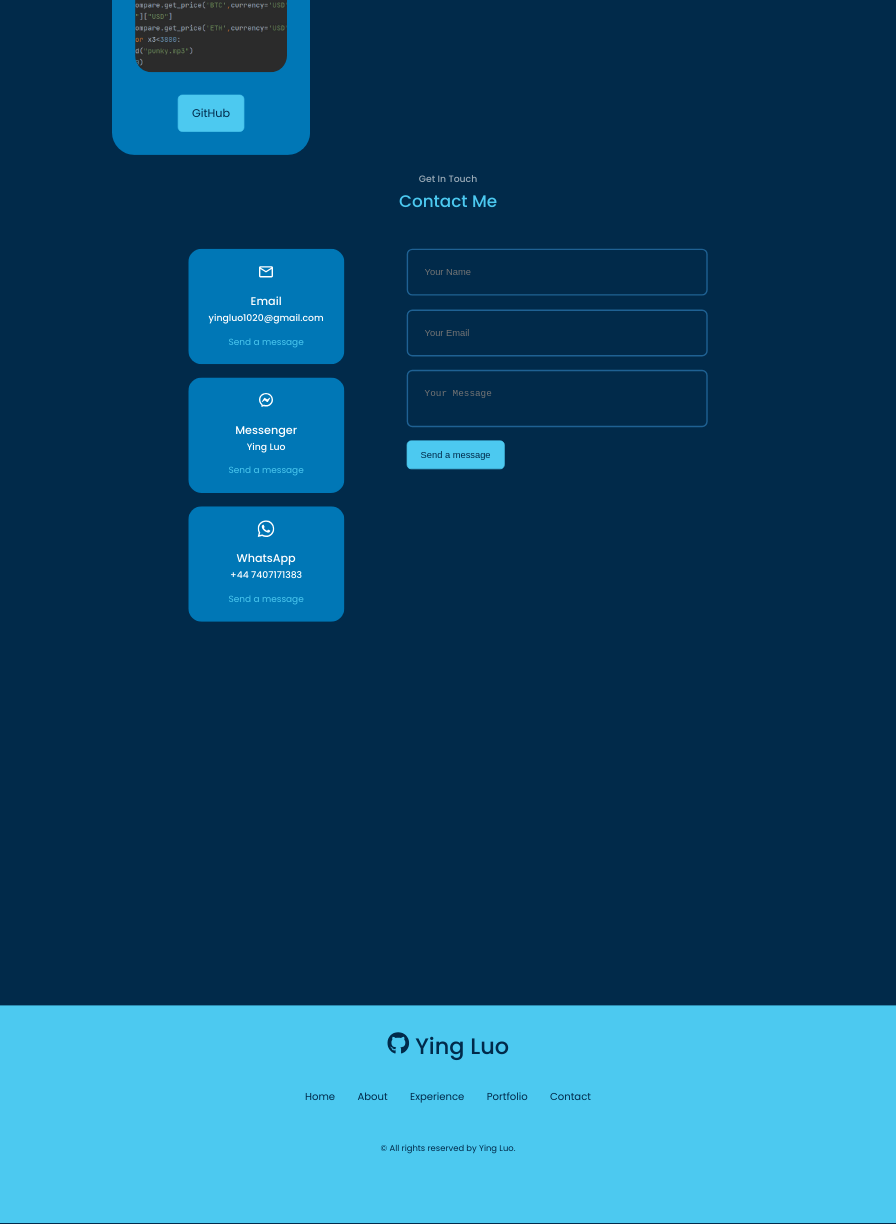
Repository: yingluo1020/react-portfolio-website
Page: /
The author's editor kept a copy of each file at every save. The page is drawn from the files as they stood at one save, then again after the next save.
The browser window is 1280 px wide. The pictures show the part of the page from y = 3715 to 5635 px (the page is 5463 px tall before and 5823 px after), at 70% of full size.
The project was rebuilt for these pictures with package versions that can differ from the ones it lists, and the page was loaded fresh each time. Imported but missing from the stored project, and not drawn on this page: src/assets/YingLuo_resume.pdf.

Above is the page before, as saved 2022-03-16 16:29:23.

### src/index.css
@import url('https://fonts.googleapis.com/css2?family=Poppins:wght@300;400;500;600&display=swap');

* {
 margin: 0;
 padding: 0;
 border: 0;
 outline: 0;
 box-sizing: border-box;
 list-style: none;
 text-decoration: none;
}

:root {
    --color-bg:#012a4a;
    --color-bg-variant:#0077b6;
    --color-primary:#4cc9f0;
    --color-primary-variant:rgba(77,181,255,0.4);
    --color-white:#fff;
    --color-light:rgba(255,255,255,0.6);

    --transition:all 400ms ease;

    --container-width-lg:75%;
    --container-width-md:86%;
    --container-width-sm:90%;
}

html {
    scroll-behavior:smooth;
}

::-webkit-scrollbar {
    display: none;
}

body {
    font-family: 'Poppins', sans-serif;
    background: var(--color-bg);
    color:var(--color-white);
    line-height:1.7;
}

/* general styles */
.container {
    width:var(--container-width-lg);
    margin: 0 auto;
}

h1,
h2,
h3,
h4,
h5 {
    font-weight: 500;
}

h1 {
    font-size: 2.5rem;
}

section {
    /* margin-bottom: 5rem; */
    min-height: 150vh;
}

section > h2, section > h5 {
    text-align: center;
    color: var(--color-light);
}

section > h2 {
    color: var(--color-primary);
    margin-bottom: 3rem;
}

.text-light {
    color: var(--color-light);
}

a {
    color: var(--color-primary);
    transition: var(--transition);
}

a:hover {
    color: var(--color-white);
}

.btn {
    width: max-content;
    display: inline-block;
    color: var(--color-primary);
    padding: 0.75rem 1.2rem;
    border-radius:0.4rem;
    cursor: pointer;
    border: 1px solid var(--color-primary);
    transition: var(--transition);
}

.btn:hover{
    background: var(--color-white);
    color: var(--color-bg);
    border-color: transparent;
}

.btn-primary {
    background: var(--color-primary);
    color: var(--color-bg);
}

img{
    display: block;
    width: 100%;
    object-fit: cover;
}

/* media queries(medium devices)*/
@media screen and (max-width:1024px) {
    .container {
        width: var(--container-width-sm);
    }

    section> h2 {
        margin-bottom: 2rem;
    }
}

### src/components/header/Header.js
import React from 'react'
import './header.css';
import CV from '../../assets/YingLuo_resume.pdf'


function Header() {
    return (
        <header>
            <div className="container header_container">
                <h5>Hello, I'm</h5>
                <h1>Ying Luo</h1>
                <h5 className="text-light">Front-end Developer</h5>

                <div className='cta'>
                    <a href={CV} download className='btn'>Download My CV</a>
                    <a href="#contact" className='btn btn-primary'>Contact me</a>
                </div>
            </div>
        </header>
    )
}

export default Header

### src/components/nav/Nav.js
import React, { useState } from 'react'
import './nav.css'
import { AiOutlineHome, } from 'react-icons/ai'
import { AiOutlineUser } from 'react-icons/ai'
import { BiBook } from 'react-icons/bi'
import { AiOutlineFundProjectionScreen } from 'react-icons/ai'
import { BiMessageSquareDetail } from 'react-icons/bi'


function Nav() {
    const [activeNav, setActiveNav] = useState('#')
    return (
        <nav>
            <a href="#" onClick={() => setActiveNav('#')} className={activeNav === '#' ? 'active' : ''}><AiOutlineHome /></a>
            <a href="#about" onClick={() => setActiveNav('#about')} className={activeNav === '#about' ? 'active' : ''}><AiOutlineUser /></a>
            <a href="#experience" onClick={() => setActiveNav('#experience')} className={activeNav === '#experience' ? 'active' : ''}><BiBook /></a>
            <a href="#portfolio" onClick={() => setActiveNav('#services')} className={activeNav === '#services' ? 'active' : ''}><AiOutlineFundProjectionScreen /></a>
            <a href="#contact" onClick={() => setActiveNav('#contact')} className={activeNav === '#contact' ? 'active' : ''}><BiMessageSquareDetail /></a>
        </nav>
    )
}

export default Nav

### src/components/about/About.js
import React from 'react'
import avatar from '../../assets/avatar.JPG'
import { FaChalkboardTeacher } from 'react-icons/fa'
import { VscFolderLibrary } from 'react-icons/vsc'
import { FaGithub } from 'react-icons/fa';
import './about.css';

function About() {
    return (
        <section id='about'>
            <h5>My Intro</h5>
            <h2>About Me</h2>

            <div className="container about_container">
                <div className="about_me">
                    <div className="about_image">
                        <img src={avatar} alt="About Image" />
                    </div>
                </div>

                <div className="about_content">
                    <div className="about_cards">
                        <article className="about_card">
                            <FaChalkboardTeacher className='about_icon' />
                            <h5> Self-learner on Frontend </h5>
                            <small>HTML/CSS, JavaScript, React, Axios...</small>
                        </article>

                        <article className="about_card">
                            <VscFolderLibrary className='about_icon' />
                            <h5>Personal IT Projects </h5>
                            <small>10+ completed:  </small>
                            <a href="https://github.com/yingluo1020" target="_blank"><FaGithub /></a>
                        </article>
                    </div>

                    <p>I am a highly motivated self-learner software developer with experience in developing a wide range of web applications and software. I am currently seeking to be a frontend developer where I can apply my knowledge and further develop my skills.
                        <a href="https://github.com/yingluo1020" target="_blank"><FaGithub /></a>
                    </p>
                    <div className="about_btn">
                        <a href="#contact" className="btn btn">Contact Me</a>
                        <a href="#portfolio" target="_blank" className="btn btn-primary">Go to My Projects</a>
                    </div>

                </div>
            </div>
        </section>
    )
}

export default About

### src/components/experience/Experience.js
import React from 'react'
import './experience.css';
import { BsPatchCheck } from 'react-icons/bs'


function Experience() {
    return (
        <section id='experience'>
            <h5>What Skills I Have</h5>
            <h2>My Experience</h2>

            <div className="container experience_container">
                <article className='experience_details'>
                    <BsPatchCheck className='experience_details-icon' />
                    <div>
                        <h4>HTML</h4>
                        <small className='text_light'>Experienced</small>
                    </div>
                </article>

                <article className='experience_details'>
                    <BsPatchCheck className='experience_details-icon' />
                    <div>
                        <h4>CSS</h4>
                        <small className='text_light'>Experienced</small>
                    </div>
                </article>

                <article className='experience_details'>
                    <BsPatchCheck className='experience_details-icon' />
                    <div>
                        <h4>JavaScript</h4>
                        <small className='text_light'>Experienced</small>
                    </div>
                </article>
                <article className='experience_details'>
                    <BsPatchCheck className='experience_details-icon' />
                    <div>
                        <h4>React </h4>
                        <small className='text_light'>Experienced</small>
                    </div>
                </article>

                <article className='experience_details'>
                    <BsPatchCheck className='experience_details-icon' />
                    <div>
                        <h4>Python</h4>
                        <small className='text_light'>Intermediate</small>
                    </div>
                </article>
            </div>

        </section>
    )
}

export default Experience

### src/components/portfolio/Portfolio.js
import React from 'react'
import './portfolio.css';
import project1 from '../../assets/todo1.jpg'
import project2 from '../../assets/search.jpg'
import project3 from '../../assets/calculator.jpg'
import project4 from '../../assets/btc_alert.jpg'



function Portfolio() {
    return (
        <section id='portfolio'>
            <h5>My Projects</h5>
            <h2>Portfolio</h2>
            <div className="container portfolio_container ">
                <article className='portfolio'>
                    <div className="portfolio_head">
                        <h3 >To-Do List App</h3>
                    </div>

                    <div className="portfolio_item-image">
                        <img src={project1} alt="project1" />
                    </div>

                    <div className="portfolio_link">
                        <a href="https://github.com/yingluo1020/react_todoList" target='_blank' className='btn '>GitHub</a>
                        <a href="http://todolist.yingluoresume.com" target='_blank' className='btn btn-primary'>Live Demo</a>
                    </div>
                </article>

                <article className='portfolio'>
                    <div className="portfolio_head">
                        <h3 >GitHub Profile Search app</h3>
                    </div>

                    <div className="portfolio_body">
                        <div className="portfolio_item-image">
                            <img src={project2} alt="project1" />
                        </div>
                    </div>
                    <div className="portfolio_link">
                        <a href="https://github.com/yingluo1020/github_search" target='_blank' className='btn '>GitHub</a>
                        <a href="https://githubsearch.yingluoresume.com" target='_blank' className='btn btn-primary'>Live Demo</a>
                    </div>
                </article>

                <article className='portfolio'>
                    <div className="portfolio_head">
                        <h3 >React Calculator</h3>
                    </div>

                    <div className="portfolio_body">
                        <div className="portfolio_item-image">
                            <img src={project3} alt="project1" />
                        </div>
                    </div>
                    <div className="portfolio_link">
                        <a href="https://github.com/yingluo1020/react_calculator" target='_blank' className='btn '>GitHub</a>
                        <a href="https://calculator.yingluoresume.com" target='_blank' className='btn btn-primary'>Live Demo</a>
                    </div>
                </article>

                <article className='portfolio'>
                    <div className="portfolio_head">
                        <h3 >Cryptocurrency Price Alert program</h3>
                    </div>

                    <div className="portfolio_body">
                        <div className="portfolio_item-image">
                            <img src={project4} alt="project1" />
                        </div>
                    </div>
                    <div className="portfolio_link">
                        <a href="https://github.com/yingluo1020/Crypto-Alert" target='_blank' className='btn btn-primary'>GitHub</a>
                    </div>
                </article>

            </div>
        </section>
    )
}

export default Portfolio

### src/components/contact/Contact.js
import React, { useRef } from 'react'
import './contact.css'
import { MdOutlineEmail } from 'react-icons/md'
import { RiMessengerLine } from 'react-icons/ri'
import { BsWhatsapp } from 'react-icons/bs'
import emailjs from '@emailjs/browser';


function Contact() {
    const form = useRef();

    const sendEmail = (e) => {
        e.preventDefault();

        emailjs.sendForm('service_s6sapzl', 'template_utnko3u', form.current, 'user_Ak4JS85QR5w9GZLqKm3hY')

        alert(`I'll will reply you ASAP :)`)
        e.target.reset()
    };

    return (
        <section id="contact">
            <h5>Get In Touch</h5>
            <h2>Contact Me</h2>

            <div className="container contact_container">
                <div className="contact_options">
                    <article className='contact_option'>
                        <MdOutlineEmail className='contact_option-icon' />
                        <h4>Email</h4>
                        <h5>yingluo1020@gmail.com</h5>
                        <a href="mailto:yingluo1020@gmail.com" target='_blank'>Send a message</a>
                    </article>

                    <article className='contact_option'>
                        <RiMessengerLine className='contact_option-icon' />
                        <h4>Messenger</h4>
                        <h5>Ying Luo</h5>
                        <a href="https://m.me/yng.luo" target='_blank'>Send a message</a>
                    </article>

                    <article className='contact_option'>
                        <BsWhatsapp className='contact_option-icon' />
                        <h4>WhatsApp</h4>
                        <h5>+44 7407171383</h5>
                        <a href="https://api.whatsapp.com/send?phone+447407171383" target='_blank'>Send a message</a>
                    </article>
                </div>
                {/* End of contact options */}
                <form action="" ref={form} onSubmit={sendEmail}>
                    <input type="text" name='name' placeholder='Your Name' required />
                    <input type="email" name='email' placeholder='Your Email' required />
                    <textarea type="text" name='name' placeholder='Your Message' required ></textarea>
                    <button type="submit" className="btn btn-primary">Send a message</button>
                </form>

            </div>
        </section>

    )
}

export default Contact

### src/components/footer/Footer.js
import React from 'react'
import './footer.css'
import { BsLinkedin } from 'react-icons/bs';
import { FaGithub } from 'react-icons/fa';
import { FiDribbble } from 'react-icons/fi';


function Footer() {
    return (
        <footer>
            <a href="https://github.com/yingluo1020" target="_blank" className='footer_logo'><FaGithub /> Ying Luo</a>
            <ul className='permalinks'>
                <li><a href="#">Home</a></li>
                <li><a href="#about">About</a></li>
                <li><a href="#experience">Experience</a></li>
                <li><a href="#portfolio">Portfolio</a></li>
                <li><a href="#contact">Contact</a></li>
            </ul>

            <div className="footer_copyright">
                <small>&copy; All rights reserved by Ying Luo.</small>
            </div>
        </footer>
    )
}

export default Footer

### src/components/header/header.css
header {
    height: 100vh;
    padding-top: 5rem;
    overflow: hidden;
}

.header_container {
    text-align: center;
    height: 100%;
    position: relative;
}

.cta {
    margin: 2.5rem auto;
    display: flex;
    gap:1.2rem;
    justify-content: center;
}

.avatar {
    background: linear-gradient(var(--color-primary),transparent) ;
    width: 22rem;
    height: 30rem;
    position: absolute;
    left: calc(50% - 11rem);
    border-radius: 12rem 12rem 0 0 ;
    overflow: hidden;
    padding: 5rem 1.5rem 1.5rem 1.5rem;
}


/* media queries(medium devices)*/
@media screen and (max-width:1024px) {
    header {
        height: 68vh;
    }
}

/* media queries(small devices)*/
@media screen and (max-width:600px) {
   header {
       height: 100vh;
   }
}

### src/components/nav/nav.css
nav {
    background: rgba(0, 0, 0, 0.3);
    width: max-content;
    display: block;
    padding:0.7rem 1.7rem;
    z-index: 2;
    position: fixed;
    left: 50%;
    transform: translateX(-50%);
    bottom: 2rem;
    display: flex;
    gap: 0.8rem;
    border-radius: 3rem;
    /* backdrop-filter: blur(15px); */
}

nav a {
    background: transparent;
    padding: 0.9rem;
    border-radius:50% ;
    display: flex;
    color: var(--color-light);
    font-size: 1.1rem;
}

nav a:hover{
    background: rgba(0, 0, 0, 0.3);
}

nav a.active {
    background: var(--color-primary);
    color: var(--color-bg);
}

### src/components/about/about.css
.about_container {
    display: grid;
    grid-template-columns: 35% 50%;
    gap: 15%;
    height: 80vh;
}

.about_me{
    width: 100%;
    aspect-ratio: 0.95/1;
    border-radius: 2rem;
    background: linear-gradient(45deg,transparent,var( --color-primary),transparent);
    display: grid;
    place-items: center;
}

.about_image {
    border-radius: 2rem;
    overflow: hidden;
    transform: rotate(10deg);
    transition: var(--transition);
}

.about_image:hover{
    transform: rotate(0);
}

.about_image img {
    width: 75%;
    margin: 0 auto;
}
.about_cards {
    display: grid;
    grid-template-columns: repeat(2,1fr);
    gap: 1.5rem;
}

.about_card {
    background: var(--color-bg-variant);
    border:1px solid transparent ;
    border-radius: 1rem;
    padding: 2rem;
    text-align: center;
    transition: var(--transition);
}

.about_card:hover {
    background:transparent;
    border-color:var(--color-primary-variant) ;
    cursor: default;
}

.about_icon {
    color: var(--color-primary);
    font-size: 1.4rem;
    margin-bottom: 1rem;
}

.about_card h5 {
    font-size: 0.9rem;
}

.about_card small {
    font-size: 0.7rem;
    color: var(--color-light);
}
.about_content{
    height: fit-content;
}
.about_content p {
    margin: 2rem 0 2.6rem;
    color: var(--color-light);
}

.about_content .about_btn {
    display: flex;
    gap:1.2rem;
}

/* media queries(medium devices)*/
@media screen and (max-width:1024px) {
    .about_container {
        grid-template-columns: 1fr ;
        gap:0;
    }

    .about_me{
        width: 50%;
        margin: 2rem auto 4rem;
    }

    .about_content p {
        margin: 1rem 0 1.5rem;
    }
}

/* media queries(small devices)*/
@media screen and (max-width:600px) {
    .about_me{
        width: 65%;
        margin: 0 auto 3rem;
    }

    .about_cards {
        grid-template-columns: 1fr 1fr;
        gap: 1rem;
    }

    .about_content {
        text-align: center;
    }

    .about_content p {
        margin: 1.5rem 0.5rem;
    }
}

### src/components/experience/experience.css
#experience {
    height: 100vh;
}
.experience_container{
    width: 50%;
    display: grid;
    grid-template-columns: 1fr 1fr;
    justify-items:  stretch;
    row-gap: 3rem ;
    background: var(--color-bg-variant);
    padding: 3rem 5rem;
    border-radius: 2rem;
    border: 1px solid transparent;
    transition: var(--transition);
}


.experience_container:hover{
    background: transparent;
    border-color: var(--color-primary-variant);
    cursor: default;
}


.experience_details {
    display: flex;
    gap: 2rem;
}

.experience_details-icon{
    margin-top: 6px;
    color: var(--color-primary);
}

/* media queries(medium devices)*/
@media screen and (max-width:1024px) {
    .experience_container  {
        width: 80%;
        padding: 2rem;
        margin: 0 auto;
    }

}

/* media queries(small devices)*/
@media screen and (max-width:600px) {
    .experience_container{
        width: 100%;
        grid-template-columns: 1fr;
        padding: 1rem;
    }

}

### src/components/portfolio/portfolio.css


.portfolio_container{
    display: grid;
    grid-template-columns: repeat(3,1fr);
    gap: 4rem;
    row-gap: 2rem;
}

.portfolio {
    background: var(--color-bg-variant);
    border-radius:0 0 2rem 2rem;
    border: 1px solid transparent;
    transition: var(--transition);
}

.portfolio:hover {
    background: transparent;
    border-color: var(--color-primary-variant);
    transition: var(--transition);
}

.portfolio_head{
    background: var(--color-primary);
    border-radius:0 0 2rem 2rem;
    padding: 1.5rem;
    box-shadow: 0 2rem 1rem rgba(0,0,0,0.1);
}

.portfolio_head h3 {
    text-align: center;
    font-size: 1rem;
    color: var(--color-bg);
}

.portfolio_item-image {
    /* width: 25rem; */
    aspect-ratio: 1/1;
    border-radius: 1.5rem;
    overflow: hidden;
    margin: 2rem;
}

.portfolio_item-image img {
    width: 100%;
    height: 100%;
}

.portfolio_link {
    display: flex;
    justify-content: space-around;
    margin: 2rem;
}


/* media queries(medium devices)*/
@media screen and (max-width:1024px) {
    .portfolio_container{
        grid-template-columns: 1fr 1fr;
        gap: 1.2rem;
    }
}

/* media queries(small devices)*/
@media screen and (max-width:600px) {
    .portfolio_container {
        grid-template-columns: 1fr;
        gap: 1rem;
    }
}

### src/components/contact/contact.css
.contact_container {
    width: 58%;
    display: grid;
    grid-template-columns: 30% 58%;
    gap: 12%;
}

.contact_options {
    display: flex;
    flex-direction: column;
    gap: 1.2rem;
}

.contact_option{
    background: var(--color-bg-variant);
    padding: 1.2rem ;
    border-radius:1.2rem;
    border: 1px solid transparent;
    text-align: center;
    transition: var(--transition);
}

.contact_option:hover{
    background: transparent;
    border-color: var(--color-primary-variant);
}

.contact_option-icon{
    font-size: 1.5rem;
    margin-bottom: 0.5rem;
}

.contact_option a {
    margin-top: 0.7rem;
    display: inline-block;
    font-size: 0.8rem;
}

/* form */
form {
    display: flex;
    flex-direction: column;
    gap: 1.2rem;
}

input, textarea{
    width: 100%;
    padding: 1.5rem ;
    border-radius:0.5rem;
    border: 2px solid var(--color-primary-variant);
    background: transparent;
    resize: none; /* 元素不能被用户缩放。 */
    color: var(--color-white);
}

/* media queries(medium devices)*/
@media screen and (max-width:1024px) {
    .contact_container {
        grid-template-columns: 1fr;
        gap: 2rem;
    }

}

/* media queries(small devices)*/
@media screen and (max-width:600px) {
    .contact_container{
        width: var(--container-width-sm);
    }
}

### src/components/footer/footer.css
footer {
    background: var(--color-primary);
    padding: 2rem 0;
    text-align: center;
    font-size: 0.9rem;
    margin-top: 7rem;
}

footer a {
    color: var(--color-bg);
}

.footer_logo{
    font-size: 2rem;
    font-weight: 500;
    margin-bottom: 2rem;
    display: inline-block;
}

.permalinks{
    display: flex;
    flex-wrap: wrap;
    justify-content: center;
    gap: 2rem;
    margin: 0 auto 3rem;
}

.footer_socials{
    display: flex;
    justify-content: center;
    gap: 1rem;
    margin-bottom: 4rem;
}

.footer_socials a {
    display: flex;
    background: var(--color-bg);
    color: var(--color-white);
    padding: 0.8rem;
    border-radius: 0.7rem;
    border: 1px solid transparent;
    transition: var(--transition);
}

.footer_socials a:hover{
    background: transparent;
    color: var(--color-bg);
    border-color: var(--color-bg);
}

.footer_copyright {
    margin-bottom: 4rem;
    color: var(--color-bg);
}

/* media queries(small devices)*/
@media screen and (max-width:600px) {
    .permalinks{
        flex-direction: column;
        gap: 1.5rem;
    }

    .footer_socials{
        margin-bottom: 2.6rem;
    }
}

Loaded but not shown: public/index.html (common file); src/index.js (common file); src/App.js (common file)

After the next save:
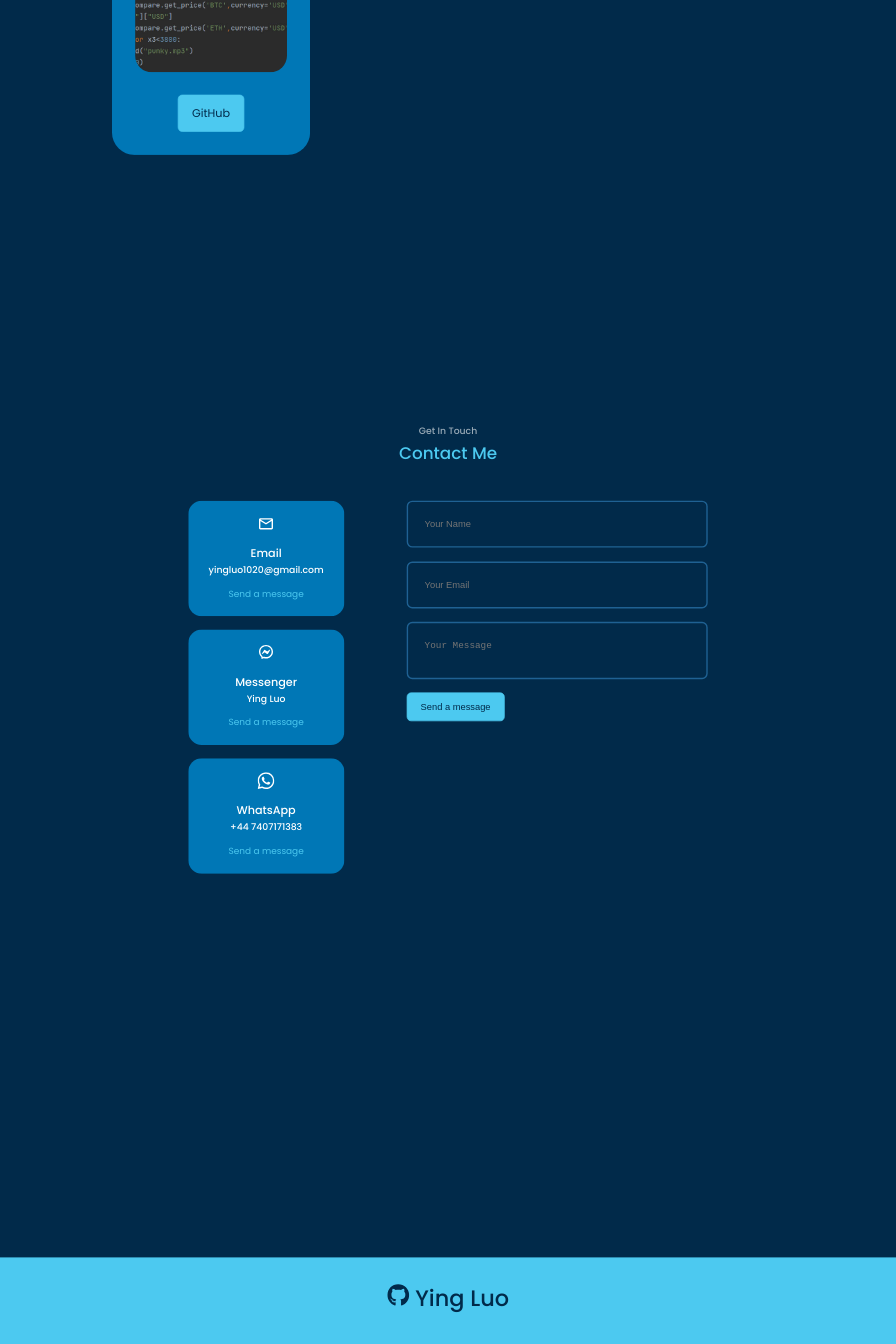
Saved 36 s later.
--- a/src/components/portfolio/portfolio.css
+++ b/src/components/portfolio/portfolio.css
@@ -1,4 +1,6 @@
-
+#portfolio{
+    min-height: 200vh;
+}
 
 .portfolio_container{
     display: grid;
